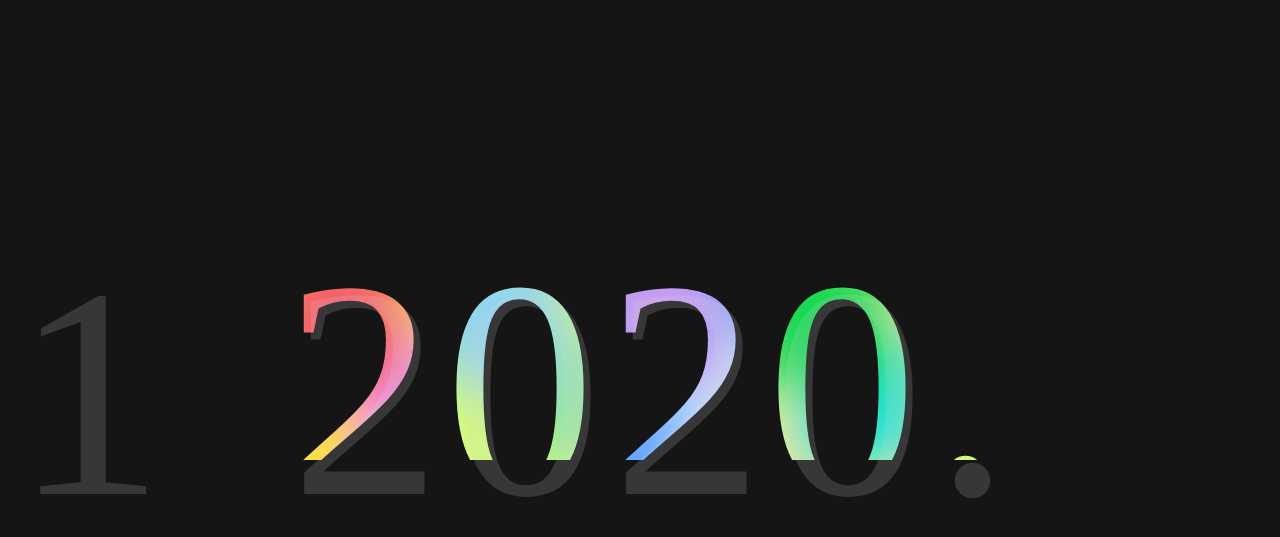
Repository: ramtoppo12/Happy-new-year-2021
Page: index.html
The author's editor kept a copy of each file at every save. The page is drawn from the files as they stood at one save, then again after the next save.
The browser window is 1280 px wide. The pictures show the whole page.
Some web fonts or font styles are not loaded; a fallback is used.

Above is the page before, as saved 2020-12-24 23:22:44.

### index.html
<!DOCTYPE html>
<html lang="en">
<head>
    <meta charset="UTF-8">
    <meta name="viewport" content="width=device-width, initial-scale=1.0">
    <title>Welcome 2021</title>
    <link rel="stylesheet" href="style.css">
</head>
<body>
    <div class="text text-1">2</div>
    <div class="text text-2">0</div>
    <div class="text text-3">2</div>
    <div class="text text-4">0</div>

    <div class="text text-5">1</div>
    <div class="text text-2">.</div>
</body>
</html>

### style.css
@import url("https://fonts.googleapis.com/css?family=Modak");

* {
  margin: 0;
  padding: 0;
  box-sizing: border-box;
}

body {
  background: #151515;
  text-align: center;
}

.text {
  height: 200px;
  display: inline-block;
  font-size: 300px;
  line-height: 84%;
  font-family: Modak;
  padding-left: 7px;
  background-clip: text;
  -webkit-background-clip: text;
  color: transparent;
  margin-top: calc(50vh - 100px);
  text-shadow: 7px 7px 0px #d2d2d22e;
}

.text-1 {
  background-image: url("data:[embedded picture, 1301 characters]");
}

.text-2 {
  background-image: url("data:[embedded picture, 1301 characters]");
}

.text-3 {
  background-image: url("data:[embedded picture, 1301 characters]");
}

.text-4 {
  background-image: url("data:[embedded picture, 1300 characters]");
}
.text-5 {
  position: absolute;
  top: 0;
  left: 0;
}

After the next save:
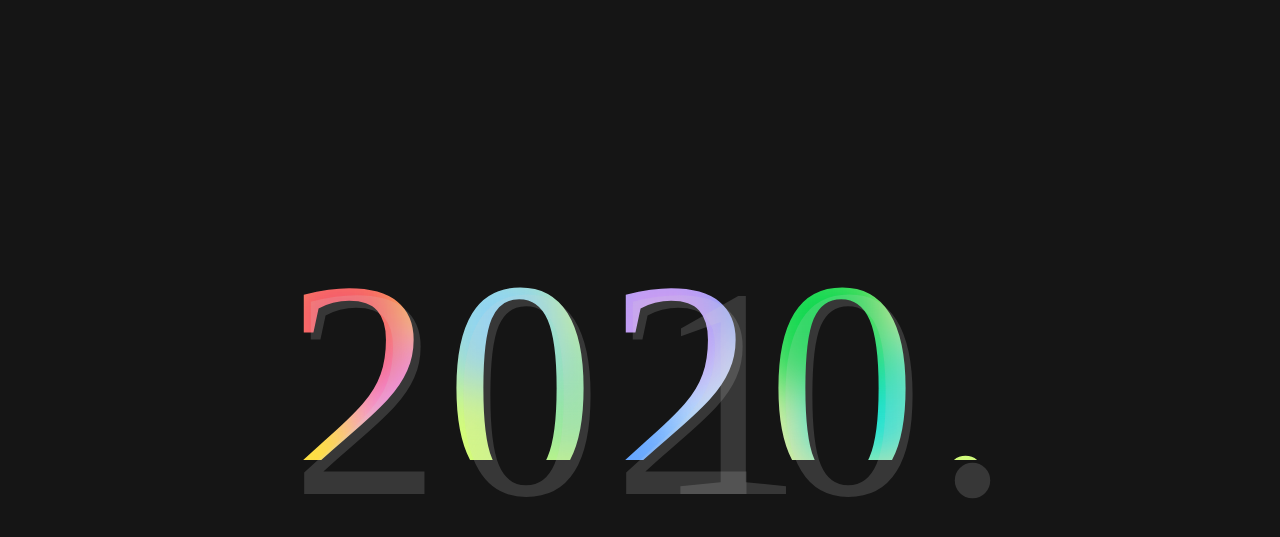
Saved 14 s later.
--- a/style.css
+++ b/style.css
@@ -43,5 +43,5 @@ body {
 .text-5 {
   position: absolute;
   top: 0;
-  left: 0;
+  left: 50%;
 }
